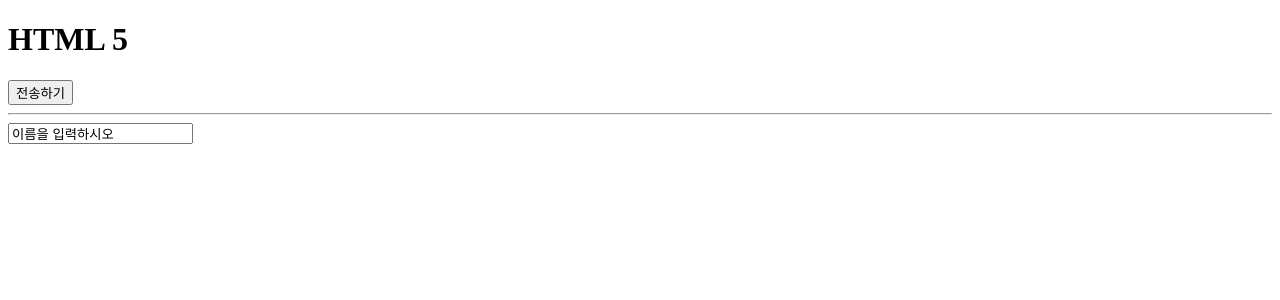
Repository: seula123/Front-End
Page: ClientTest/src/main/webapp/html/ex19.html
The author's editor kept a copy of each file at every save. The page is drawn from the files as they stood at one save, then again after the next save.
The browser window is 1280 px wide. The pictures show the whole page.

Above is the page before, as saved 2023-09-21 08:07:31.

### ClientTest/src/main/webapp/html/ex19.html
<!DOCTYPE html>
<html>
<head>
<meta charset="UTF-8">
<title>Insert title here</title>
</head>
<body>

	<!-- ex19.html -->
	<h1>HTML 5</h1>

	<form method = "POST" action = "ex18_server.jsp">

		<input type = "submit" value="전송하기">
		<hr>
		<input type = "text" value="이름을 입력하시오"
		onfocus = "this.value = '';">


	</form>







</body>
</html>

After the next save:
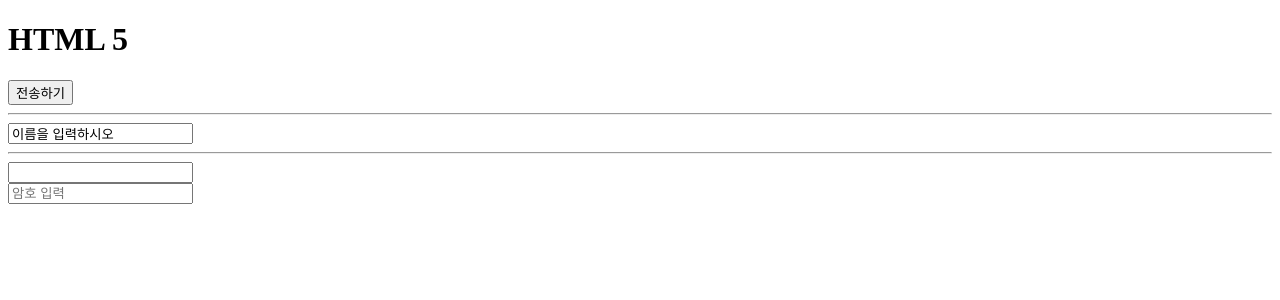
Saved 103 s later.
--- a/ClientTest/src/main/webapp/html/ex19.html
+++ b/ClientTest/src/main/webapp/html/ex19.html
@@ -16,6 +16,11 @@
 		<input type = "text" value="이름을 입력하시오"
 		onfocus = "this.value = '';">
 
+		<hr>
+
+		<input type = "text" paceholder = "이름을 입력하시오">
+		<br>
+		<input type = "password" placeholder = "암호 입력">
 
 	</form>
 
